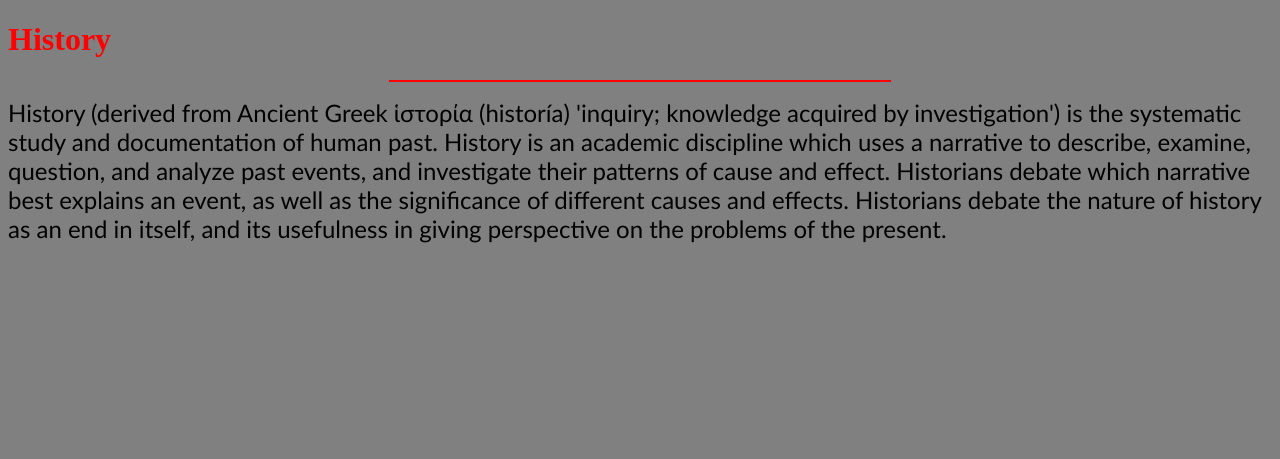
Repository: Haakim19/WebDevelopment
Page: history.html
The author's editor kept a copy of each file at every save. The page is drawn from the files as they stood at one save, then again after the next save.
The browser window is 1280 px wide. The pictures show the whole page.

Above is the page before, as saved 2024-10-10 09:49:44.

### history.html
<!DOCTYPE html>
<html lang="en">
<head>
    <meta charset="UTF-8">
    <meta name="viewport" content="width=device-width, initial-scale=1.0">
    <title>History</title>
</head>
<body bgcolor="gray">
    <h1><font face="algerian" color = "Red">History</font></h1>
    <hr color="red" width="500px">
    <p><font face="candara" size="5px" aline="right">History (derived from Ancient Greek ἱστορία (historía) 'inquiry; knowledge acquired by investigation') is the systematic study and documentation of human past.
        History is an academic discipline which uses a narrative to describe, examine, question, and analyze past events,
        and investigate their patterns of cause and effect.
        Historians debate which narrative best explains an event,
        as well as the significance of different causes and effects.
        Historians debate the nature of history as an end in itself, and its usefulness in giving perspective on the problems of the present.</font></p>
    <p><font face="cavolini" size="5px" aline="center" color="blue"></font></p>
</body>
</html>

After the next save:
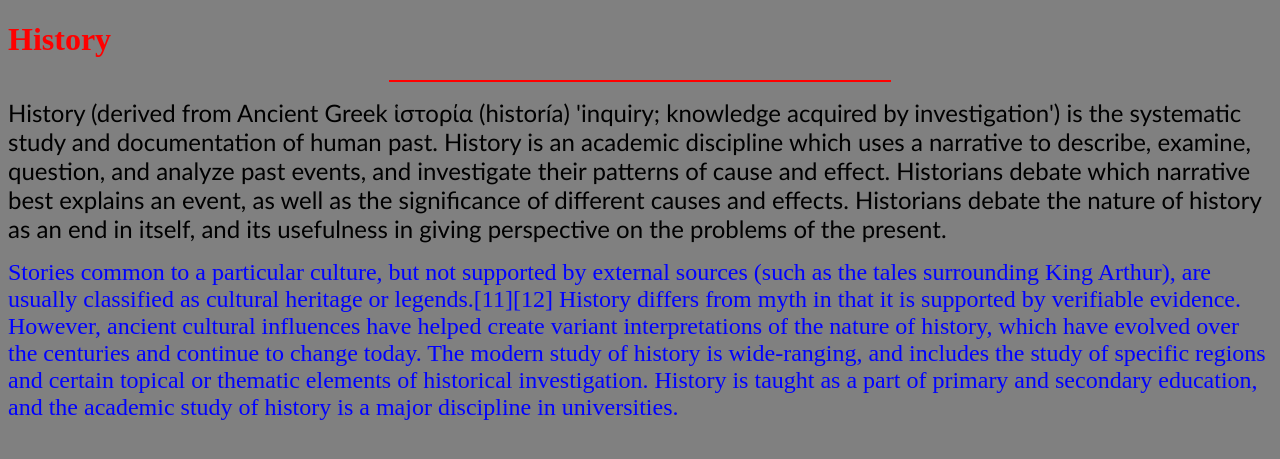
Saved 23 s later.
--- a/history.html
+++ b/history.html
@@ -14,6 +14,6 @@
         Historians debate which narrative best explains an event,
         as well as the significance of different causes and effects.
         Historians debate the nature of history as an end in itself, and its usefulness in giving perspective on the problems of the present.</font></p>
-    <p><font face="cavolini" size="5px" aline="center" color="blue"></font></p>
+    <p><font face="cavolini" size="5px" aline="center" color="blue">Stories common to a particular culture, but not supported by external sources (such as the tales surrounding King Arthur), are usually classified as cultural heritage or legends.[11][12] History differs from myth in that it is supported by verifiable evidence. However, ancient cultural influences have helped create variant interpretations of the nature of history, which have evolved over the centuries and continue to change today. The modern study of history is wide-ranging, and includes the study of specific regions and certain topical or thematic elements of historical investigation. History is taught as a part of primary and secondary education, and the academic study of history is a major discipline in universities.</font></p>
 </body>
 </html>
